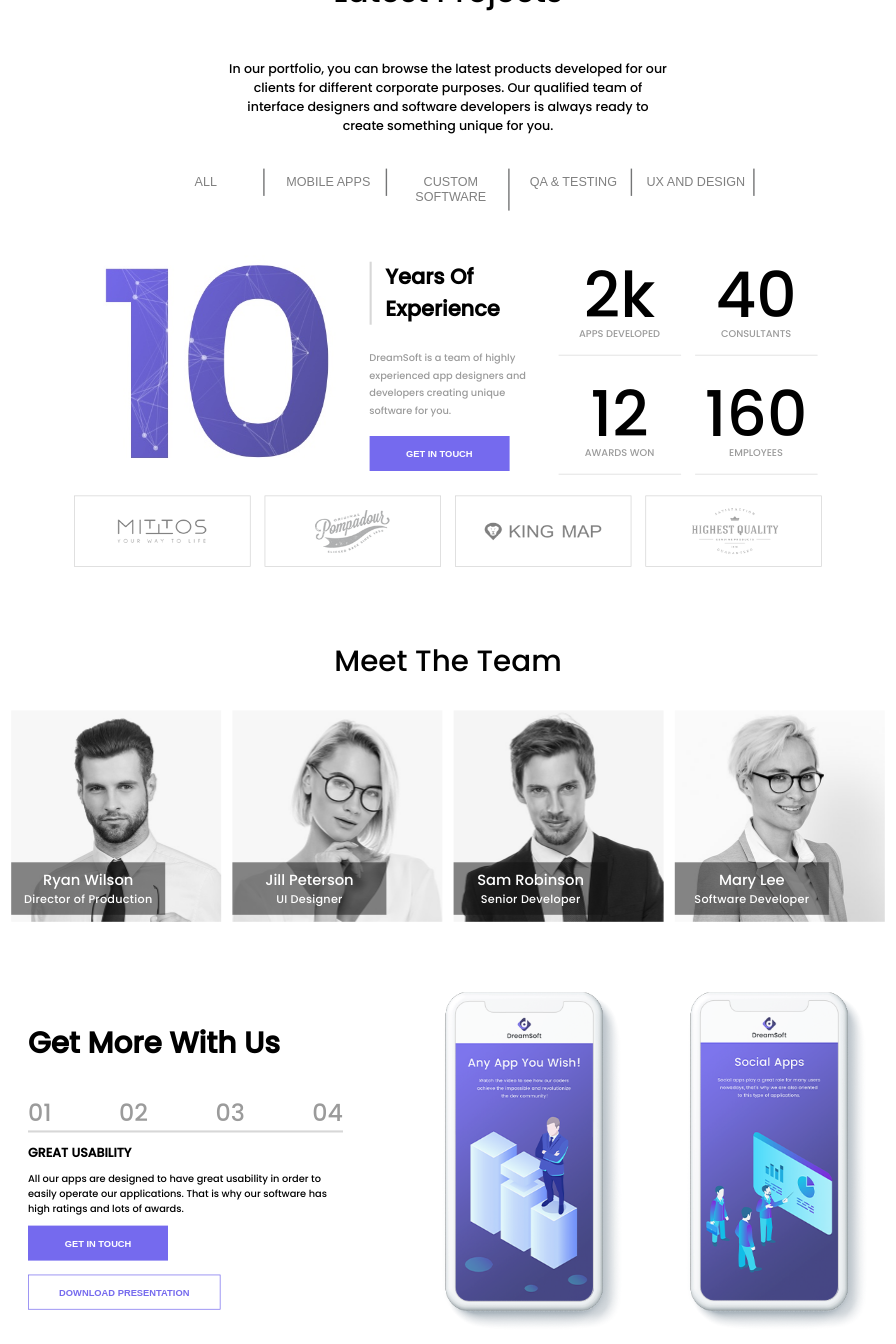
Repository: kkyler24/ladders-bootcamp-awesome
Page: index.html
An editor plug-in stored every save of this project. The page is shown before and after the next save, followed by the edit.
The browser window is 1280 px wide. The pictures show the part of the page from y = 1467 to 3387 px (the page is 6210 px tall before and 6203 px after), at 70% of full size.

Above is the page before, as saved 2021-03-20 10:59:56.

### index.html
<!DOCTYPE html>
<html lang="en">
  <head>
    <meta charset="UTF-8" />
    <meta name="viewport" content="width=device-width, initial-scale=1.0" />
    <link rel="stylesheet" href="style.css" />
    <link rel="stylesheet" href="kstyle.css" />
    <link rel="preconnect" href="https://fonts.gstatic.com">
    <link href="https://fonts.googleapis.com/css2?family=Poppins:wght@500&display=swap" rel="stylesheet">
    <title>Demo</title>
  </head>
  <body>
    <header></header>
    <nav class="container-nav">
      <a class="logopic">
        <img src="./img/jumbotron/logo-default-191x52.png" alt="MCLA LOGO"   height="63.99" width="220">
      </a>
      <div class="nav-link">
      <ul>
        <li class=" list-inline">
          <a href="./index.html">Home</a>
        </li>
        <li class="nav-item active list-inline">
          <a href="./index.html">About Us</a>
        </li>
        <li class="nav-item active list-inline">
          <a href="./index.html">Gallery</a>
        </li>
        <li class="nav-item active list-inline">
          <a href="./index.html">Pricing</a>
        </li>
        <li class="nav-item active list-inline">
          <a href="./index.html">Blog</a>
        </li>
      </ul>
    </div>
      <!-- <button></button> -->

    </nav>
    <!-- jumbotron 3 slides -->
    <div id="jumbotron" class="carousel">
      <!-- <ul class ="carousel-indicators">
          <li data-target="#carouselExampleCaptions" data-slide-to="0" class="active"></li>
          <li data-target="#carouselExampleCaptions" data-slide-to="1"></li>
          <li data-target="#carouselExampleCaptions" data-slide-to="2"></li>
          <li data-target="#carouselExampleCaptions" data-slide-to="3"></li>
      </ul> -->
      <div class="container-jumbo">
          <div class="carousel-item">
              <img id="jumboimgOne"src="./img/jumbotron/jess-bailey-q10VITrVYUM-unsplash.jpg"  alt="..." />
              <div class="jumboheadline">
                <h2 class="jumbotext">Mobile App Development</h2><br>
                  <div id="indext">
                    <p class="jumboPara"> Since our establishment, we have delivering high-quality and sutainable <br> software solutions for corporate purpose of worldwide business.</p>
                  </div>

              </div>
          </div>
          <!-- <div class="carousel-item">
              <img src="Assets/diversity2gether.jpg" class="d-block w-100" alt="..." />
              <div class="carousel-caption d-none d-md-block">
                  <h5>We Celebrate diversity</h5>
              </div>
          </div>
          <div class="carousel-item">
              <img src="Assets/womensrights.jpg" class="d-block w-100" alt="..." />
              <div class="carousel-caption d-none d-md-block">
                  <h5> We charise our choices</h5>
              </div>
          </div>
          <div class="carousel-item">
              <img src="Assets/climate.jpg" class="d-block w-100" alt="..." />
              <div class="carousel-caption d-none d-md-block">
                  <h5> We protect whats ours</h5>
              </div> -->
          </div>
      </div>
  </div>
  <!-- <a class="carousel-control-prev" href="#carouselExampleCaptions" role="button" data-slide="prev">
      <span class="carousel-control-prev-icon" aria-hidden="true"></span>
      <span class="sr-only">Previous</span>
  </a>
  <a class="carousel-control-next" href="#carouselExampleCaptions" role="button" data-slide="next">
      <span class="carousel-control-next-icon" aria-hidden="true"></span>
      <span class="sr-only">Next</span>
  </a> -->
</div>

    </section>

    <section class="all-service-section">
      <!-- see all services -->
          <div class="all-services-img">
            <img src="https://ld-wt73.template-help.com/wt_prod-18959/images/index-1-415x592.jpg" alt="" width="415" height="592">
          </div>

          <div class="all-services-container">

              <div class="corporate-solutions-block">
                <h3 class="all-services-h3">See All Services</h3>
                <button class="all-services-button">All Services</button>
              </div>
              <div class="corporate-solutions-block">
                <img src="./img/icon-phone.PNG" alt="">
                <h4 class="services-title-h4">CORPORATE SOLUTIONS</h4>
                <p class="corporate-solutions-text">Need specific software for your company? We are ready to develop it!</p>
              </div>
              <div class="corporate-solutions-block">
                <img src="./img/icon-headset.PNG" alt="">
                <h4 class="services-title-h4">CALL CENTER SOLUTIONS</h4>
                <p class="corporate-solutions-text">Our experts provide custom products of any complexity for call centers.</p>
              </div>
              <div class="corporate-solutions-block">
                <img src="./img/icon-cloud-box.PNG" alt="">
                <h4 class="services-title-h4">CLOUD DEVELOPMENT</h4>
                <p class="corporate-solutions-text">We can also offer you reliable cloud development solutions.</p>
              </div>

          </div>
    </section>

    <section id="sectThree" class="container-fluid">
      <!-- latest Projects -->
      <div class="latestPro">
        <h1 id="latestPro"> Latest Projects</h1>
        <p id="latestPara">In our portfolio, you can browse the latest products developed for our clients for different corporate purposes. Our qualified team of interface designers and software developers is always ready to create something unique for you.</p>
        <div id="latestRow">
         <div class="latestButtons"><button>All</button></div>
         <div class="latestButtons"><button>Mobile Apps</button></div>
         <div class="latestButtons"><button>custom Software</button></div>
         <div class="latestButtons"><button>QA & Testing</button></div>
         <div class="latestButtons"><button>UX and Design</button></div>
        </div>

      </div>
    </section>

    <section class="achievements-section">
      <!-- achievements -->
      <figure>
      <img src="./img/10.jpg" alt="Animated number ten" height="300" />
      </figure>
      <div class="years-of-experience-container">
        <h1>Years Of Experience</h1>
        <p>
          DreamSoft is a team of highly experienced app designers and developers
          creating unique software for you.
        </p>
        <button class="get-in-touch-button">Get in touch</button>
      </div>
      <div class="achievements-numbers-container">
        <div class="achievements-numbers-block">
          <h2>2k</h2>
          <p>APPS DEVELOPED</p>
        </div>
        <div class="achievements-numbers-block">
          <h2>40</h2>
          <p>CONSULTANTS</p>
        </div>
        <div class="achievements-numbers-block">
          <h2>12</h2>
          <p>AWARDS WON</p>
        </div>
        <div class="achievements-numbers-block">
          <h2>160</h2>
          <p>EMPLOYEES</p>
        </div>
      </div>
      <div class="logo-links-container">
        <figure>
          <img src="./img/clients-9-270x117.png" alt="Mittos Logo" >
        </figure>
        <figure>
          <img src="./img/clients-10-270x117.png" alt="Pompadour Logo" >
        </figure>
        <figure>
          <img src="./img/clients-3-270x117.png" alt="King Map Logo" >
        </figure>
        <figure>
          <img src="./img/clients-11-270x117.png" alt="Highest Quality Logo" >
        </figure>
      </div>
    </section>

    <section class="meet-the-team-section">
      <!-- meet the team -->
      <h2 class="meet-the-team-h2">Meet The Team</h2>

      <div class="meet-the-team-main-container">

          <div class="meet-team-block">
            <img src="./img/ryan-wilson.jpg" alt="">

            <div class="meet-team-text-block">
              <h4 class="meet-the-team-h4">Ryan Wilson</h4>
              <p class="meet-the-team-p">Director of Production</p>
            </div>
          </div>
          <div class="meet-team-block">
            <img src="./img/jill-peterson.jpg" alt="">

            <div class='meet-team-text-block'>
              <h4 class="meet-the-team-h4">Jill Peterson</h4>
              <p class="meet-the-team-p">UI Designer</p>
            </div>
          </div>
          <div class="meet-team-block">
            <img src="./img/sam-robinson.jpg" alt="">

            <div class='meet-team-text-block'>
              <h4 class="meet-the-team-h4">Sam Robinson</h4>
              <p class="meet-the-team-p">Senior Developer</p>
            </div>
          </div>
          <div class="meet-team-block">
            <img src="./img/mary-lee.jpg" alt="">

            <div class='meet-team-text-block'>
              <h4 class="meet-the-team-h4">Mary Lee</h4>
              <p class="meet-the-team-p">Software Developer</p>
            </div>
          </div>

      </div>
    </section>

    <section class="get-more-with-us-section">
      <!-- Get more with us -->
      <section class="get-more-with-us">
        <h1>Get More With Us</h1>
        <div class="numbers">
          <p>01</p>
          <p>02</p>
          <p>03</p>
          <p>04</p>
        </div>
        <h2>GREAT USABILITY</h2>
        <p class="get-more-about-project">
          All our apps are designed to have great usability in
          order to easily operate our applications.
          That is why our software has high ratings and lots of awards.
        </p>
        <button class="get-in-touch-button">Get in touch</button>
        <button class="download-presentation-button">Download presentation</button>
      </section>
      <img src="img/index-4-261x484.png" alt="Screen with Any App You Wish">
      <img src="img/index-5-261x484.png" alt="Screen with Socia Apps">
    </section>

    <section class="what-people-say-section">
      <!-- What People Say -->
      <h2 class="what-people-say-h2">What People Say</h2>

      <div class="what-people-say-main-container">

        <div class="client-container">
          <img src="./img/catherine-wilson.jpg" alt="">
          <div class="client-title">
            <h4 class="client-name-h4">Catherine Williams</h4>
            <p>Regular client</p>
          </div>
          <div class="client-body">
            <p class="client-body-p">DreamSoft offers a high caliber of resources skilled
            in Microsoft Azure .NET, mobile and Quality Assurance. They
            became our true business partners over the past three years.</p>
          </div>
        </div>
        <div class="client-container">
          <img src="./img/rupert-woods.jpg" alt="">
          <div class="client-title">
            <h4 class="client-name-h4">Rupert Wood</h4>
            <p>Regular client</p>
          </div>
          <div class="client-body">
            <p class="client-body-p">DreamSoft powered us with a competent team to develop
            products for banking services. The team has been delivering
            results within budget and time, which is amazing.</p>
          </div>
        </div>
        <div class="client-container">
          <img src="./img/samantha-brown.jpg" alt="">
          <div class="client-title">
            <h4 class="client-name-h4">Samantha Brown</h4>
            <p>Regular client</p>
          </div>
          <div class="client-body">
            <p class="client-body-p">DreamSoft is a highly skilled and uniquely capable
            firm with multitudes of talent on-board. We have
            results within budget and time, which is amazing.
            collaborated on a number of diverse projects that
            have been a great success.</p>
          </div>
        </div>

      </div>

    </section>

    <section class="latest-blog-posts-section">
      <h2 class="what-people-say-h2">Latest Blog Posts</h2>
      <div class="posts-container">
        <div class="post-block">
          <figure>
          <img class="post-cover" src="img/post-10-370x307.jpg">
          <img class="post-date-label" src="img/label.svg">
          <p class="post-label-date">07/04</p>
          </figure>
          <h4 class="block-post-h4">Benefits Of Async/Await</h4>
            <p class="blog-post-p">
            Asynchronous functions are a good and bad thing in JavaScript.
            The good side is that asynchronous functions are non-blocking and…
            </p>
        </div>
        <div class="post-block">
          <figure>
          <img class="post-cover" src="img/post-11-370x307.jpg">
          <img class="post-date-label" src="img/label.svg">
          <p class="post-label-date">07/17</p>
          </figure>
          <h4 class="block-post-h4">Key Considerations Of IPaaS</h4>
            <p class="blog-post-p">
              Digital transformation requires cloud appropriate adoption,
              legacy IT systems modernization, and Agile-based methodologies for faster…
            </p>
        </div>
        <div class="post-block">
          <figure>
          <img class="post-cover" src="img/post-12-370x307.jpg">
          <img class="post-date-label" src="img/label.svg">
          <p class="post-label-date">07/22</p>
          </figure>
          <h4 class="block-post-h4">Hibernate Query Language</h4>
            <p class="blog-post-p">
              In this tutorial, we will discuss the
              Hibernate Query Language. HQL is an object-oriented query language.
              Hibernate Query...
            </p>
        </div>
      </div>
    </section>

    <footer>
      <!-- contacts and info -->
      <section class="footer-contacts">
        <img src="img/logo-inverse-191x52.png" alt="DreamSoft Logo">
        <p class="about-company">
          Our company has been developing high-quality and reliable software
          for corporate needs since 2008. We are renowned professionals of
          software development.</p>
        <div class="address-block-container">
          <div class="one-contact-block">
            <h2>ADDRESS</h2>
            <p>4730 Crystal Springs Dr, Los Angeles, CA 90027</p>
          </div>
          <div class="one-contact-block">
            <h2>PHONES</h2>
            <p>
              <span class="changing-color">+1 323-913-4688</span>
              <span>,</span>
              <span class="changing-color">+1 323-888-4554</span>
            </p>
          </div>
          <div class="one-contact-block">
            <h2>E-MAILS</h2>
            <p>
              <span>info@demolink.org</span>
              <span>,</span>
              <span>mail@demolink.org</span>
            </p>
          </div>
          <div class="social-media-links-container">
            <img src="img/iconfinder_Circled_Facebook.svg" alt="Facebook Icon">
            <img src="img/iconfinder_Circled_Instagram.svg" alt="Facebook Icon">
            <img src="img/iconfinder_Circled_Linkedin.svg" alt="Facebook Icon">
            <img src="img/iconfinder_Circled_Twitter.svg" alt="Facebook Icon">
          </div>
        </div>
      </section>
      <form class="contact-form">
        <h1>Questions? Contact Us</h1>
        <input class="input-field-1" type="text" id="name" name="name" placeholder="Name"><br>
        <input class="input-field-1" type="text" id="email" name="email" placeholder="Email"><br>
        <input class="input-field-2" type="text" id="message" name="message" placeholder="Message"><br>
        <button class="send-message-button">Send message</button>
      </form>
      <section class="what-we-offer">
        <h1>What We Offer</h1>
        <div class="what-we-offer-container">
            <figure class="what-we-offer-item">
              <p>DB Management</p>
              <figure class="triangle"></figure>
            </figure>
            <figure class="what-we-offer-item">
              <p>IOS/MacOS</p>
              <figure class="triangle"></figure>
            </figure>
            <figure class="what-we-offer-item">
              <p>Android Apps</p>
              <figure class="triangle"></figure>
            </figure>
            <figure class="what-we-offer-item">
              <p>Windows Apps</p>
              <figure class="triangle"></figure>
            </figure>
            <figure class="what-we-offer-item">
              <p>UX/UI Apps</p>
              <figure class="triangle"></figure>
          </figure>
        </div>
        </section>
      </footer>
  </body>
</html>

### kstyle.css
html, body{
  overflow-x: hidden;


}

/* Navbar git  */
.container-nav {
  display: flex;
}

.list-inline {
  display: inline;
  list-style-type: none;
  padding-right: 10px;
  font-family: Georgia, "Times New Roman", Times, serif;
}

a.logopic {
  flex-flow: row;
  flex-grow: 3;
}

ul.li.a {
  font-family: "Poppins", sans-serif;
  font-weight: 500;
  color: black;
}

/* Jumbotron */
.jumboPara {
  text-align: center;
}

.jumbotron .container-jumbo {
  max-width: 100%;
  background-color: #222;
}

#jumbotron {
  padding: 30px 0px 30px 0px;
  max-width: 100%;
  text-align: center;
  background-color: transparent;
  overflow: hidden;
  font-family: "Raleway", Helvetica, Arial, sans-serif;
}

.container-jumbo {
  display: flex;
  width: 100%;
  margin: 0 auto;
  height: 561px;
}

.jumbotext {
  color: rgb(2, 2, 2);
  font-weight: 600;
  text-transform: uppercase;
  font-size: 60px;
}

.jumboheadline {
  display: flex;
  flex-direction: column;
  height: 506px;
  justify-content: flex-end;
}

#jumboimgOne {
  z-index: 0;
  position: absolute;
  display: flex;
  width: 100%;
  overflow-x: hidden;
}

.carousel-item {
  width: 100%;
}

.carousel-item,
.jumbotext,
#indext {
  position: relative;
  z-index: 2;
}

/* latest Section */

#sectThree{
  display: flex;
  font-family: "Poppins", sans-serif;
  text-align: center;
  width: 100%;
}

#latestPara{
 font-size: 18px;
 margin: auto 25% auto 25%;
 padding-top: 3%;
 max-width: ;
}

#latestPro{
  font-size: 45px;
  font-weight: lighter;
  margin-top: 2%;
  margin-bottom: 2%;
}

#latestRow{
display: flex;
justify-content: center;
margin: 3%;



}
#latestRow button{
  color: gray;
  font-weight: 200px;
  padding: 5%;
  margin: 10px;
  margin-right: 0px;
 font-size: 18px;
 background-color: transparent;
 border-right-width: 2px;
 border-color: rgb(199, 201, 202);
 border-left: none;
 border-top: none;
 border-bottom: none;
 width: 165px;
 text-transform: uppercase;
}
.latestButtons{

}

Loaded but not shown: style.css (628 lines, source omitted)

After the next save:
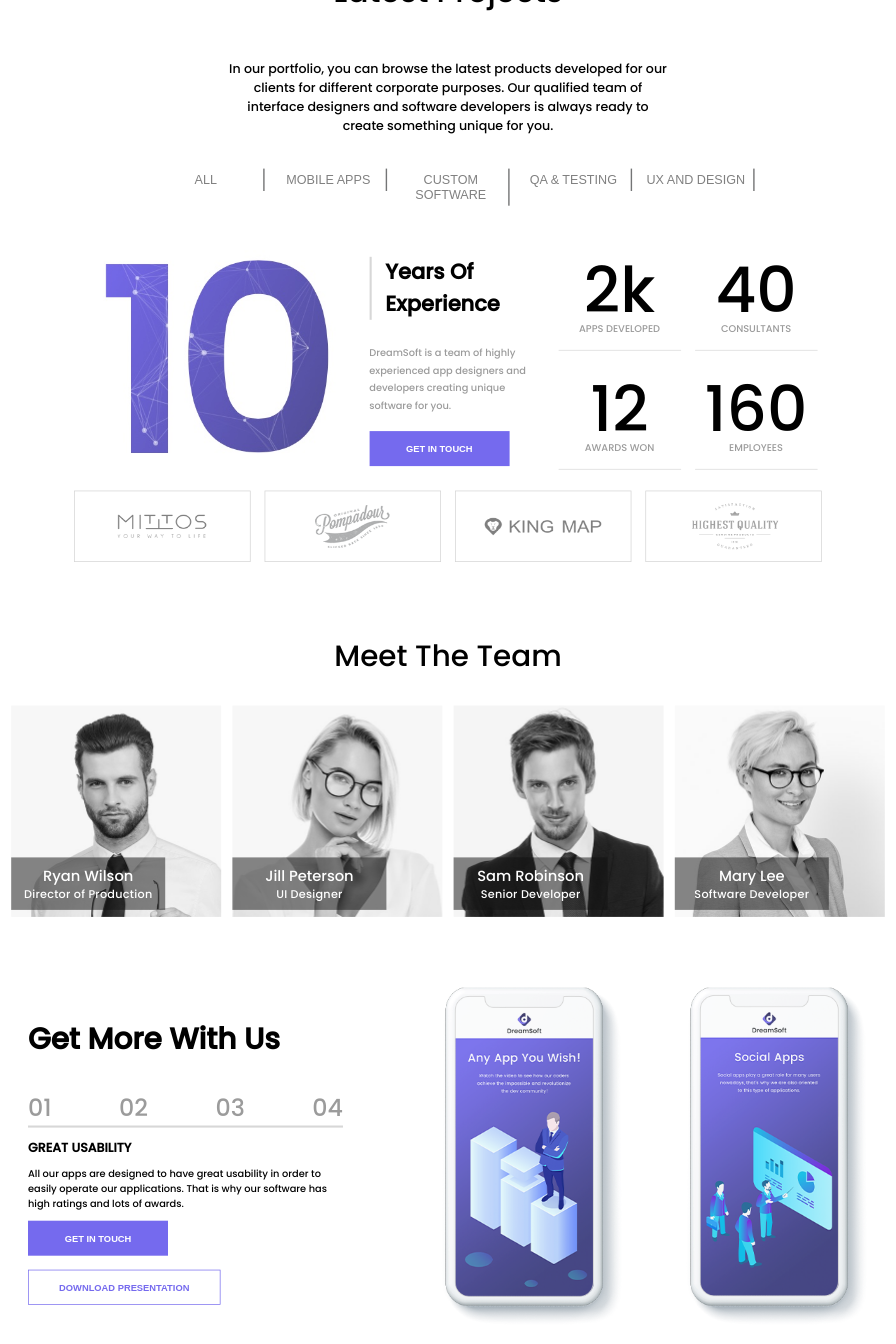
Saved 34 s later.
--- a/kstyle.css
+++ b/kstyle.css
@@ -120,7 +120,7 @@ margin: 3%;
 #latestRow button{
   color: gray;
   font-weight: 200px;
-  padding: 5%;
+  padding: 3%;
   margin: 10px;
   margin-right: 0px;
  font-size: 18px;
